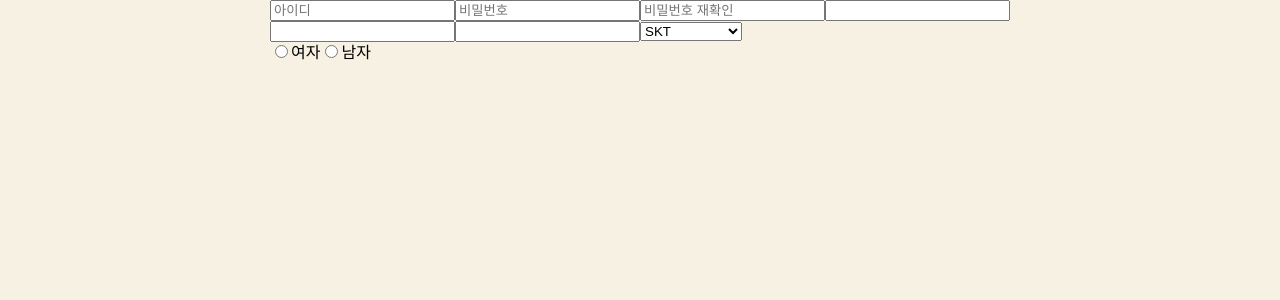
Repository: LeeYuNa0402/pokemon_vite
Page: /CreateAccount
These files come from the project's save history. The page is drawn as it stood at one moment and after the next save; the edit follows.
The browser window is 1280 px wide. The pictures show the whole page.
The project was rebuilt for these pictures with package versions that can differ from the ones it lists, and the page was loaded fresh each time. Also part of the build but not shown: vite.config.ts, src/CombineMenu.tsx, src/Loading.tsx, src/PokemonList.tsx, src/App.tsx, src/css/pokemon_type.css, src/PokemonDetail.tsx, src/Login.tsx and 1 more.

Above is the page before, as saved 2023-10-17 14:48:03.

### src/main.tsx
// import React from "react";
// import ReactDOM from "react-dom/client";
// import App from "./App.tsx";
// import "./index.css";

// ReactDOM.createRoot(document.getElementById("root")!).render(
//   <>
//     <App />
//   </>
// );

import ReactDOM from "react-dom/client";
import "./index.css";
import App from "./App";
import PokemonDetail from "./PokemonDetail";
import Login from "./Login";
import LoginInfo from "./LoginInfo";

import { createBrowserRouter, RouterProvider } from "react-router-dom";
import CreateAccount from "./CreateAccount";

const router = createBrowserRouter([
  {
    path: "/",
    element: <App />,
  },
  {
    path: ":name",
    element: <PokemonDetail />,
  },
  {
    path: "Login",
    element: <Login />,
  },
  {
    path: "LoginInfo",
    element: <LoginInfo />,
  },
  {
    path: "CreateAccount",
    element: <CreateAccount />,
  },
]);

// const router = createBrowserRouter([
//   {
//     path: "/",
//     element: <Login />,
//   },
//   {
//     path: ":name",
//     element: <PokemonDetail />,
//   },
//   {
//     path: "App",
//     element: <App />,
//   },
//   {
//     path: "LoginInfo",
//     element: <LoginInfo />,
//   },
// ]);

const root = ReactDOM.createRoot(
  document.getElementById("root") as HTMLElement
);
root.render(<RouterProvider router={router} />);

### src/CreateAccount.tsx
const CreateAccount = () => {
  return (
    <div className="CreateAccount">
      <form>
        <input type="text" placeholder="아이디" />
        <input type="password" placeholder="비밀번호" />
        <input type="password" placeholder="비밀번호 재확인" />
        <input type="text" />
      </form>

      <form>
        <input type="text" />
        <input type="생년월일 8자리" />
        <select>
          <option>SKT</option>
          <option>KT</option>
          <option>LG U+</option>
          <option>SKT 알뜰폰</option>
          <option>KT 알뜰폰</option>
          <option>LG U+ 알뜰폰</option>
        </select>
      </form>

      <form>
        <label>
          <input type="radio" value="woman" name="gender" />
          여자
        </label>
        <label>
          <input type="radio" value="man" name="gender" />
          남자
        </label>
      </form>
    </div>
  );
};

export default CreateAccount;

### src/css/reset.css
html,
body,
div,
span,
applet,
object,
iframe,
h1,
h2,
h3,
h4,
h5,
h6,
p,
blockquote,
pre,
a,
abbr,
acronym,
address,
big,
cite,
code,
del,
dfn,
em,
img,
ins,
kbd,
q,
s,
samp,
small,
strike,
strong,
sub,
sup,
tt,
var,
b,
u,
i,
center,
dl,
dt,
dd,
ol,
ul,
li,
fieldset,
form,
label,
legend,
table,
caption,
tbody,
tfoot,
thead,
tr,
th,
td,
article,
aside,
canvas,
details,
embed,
figure,
figcaption,
footer,
header,
hgroup,
menu,
nav,
output,
ruby,
section,
summary,
time,
mark,
audio,
video {
  color: #000;
  margin: 0;
  padding: 0;
  border: 0;
  font-size: 100%;
  font: inherit;
  vertical-align: baseline;
  /* color: #000; */
}
/* HTML5 display-role reset for older browsers */
article,
aside,
details,
figcaption,
figure,
footer,
header,
hgroup,
menu,
nav,
section {
  display: block;
}
body {
  line-height: 1;
}
ol,
ul {
  list-style: none;
}
blockquote,
q {
  quotes: none;
}
blockquote:before,
blockquote:after,
q:before,
q:after {
  content: "";
  content: none;
}
table {
  border-collapse: collapse;
  border-spacing: 0;
}

### src/css/style.css
#root {
  display: flex;
  justify-content: center;
  align-items: flex-start;
  /* height: 100vh; */
  /* background-color: rgba(26, 82, 142, 1);
    background-image: linear-gradient(to top, #304667, #041f4c);
    background: linear-gradient(to top, #304667, rgba(66, 16, 100, 0.6)),
      url(../image/cloude.png) no-repeat right 0; */
  background-color: #f6f1e3;
  /* padding: 8rem 0 8rem; */
  min-height: 100vh;
  width: 100%;
}

.pokemon-detail {
  text-align: center;
  width: 41%;
  background-color: #fcfcfc;
  border-radius: 20px;
  padding: 4rem 0;
  --tw-shadow: 0 4px 6px -1px rgb(0 0 0 / 0.1), 0 2px 4px -2px rgb(0 0 0 / 0.1);
  --tw-shadow-colored: 0 4px 6px -1px var(--tw-shadow-color),
    0 2px 4px -2px var(--tw-shadow-color);
  box-shadow: var(--tw-ring-offset-shadow, 0 0 #0000),
    var(--tw-ring-shadow, 0 0 #0000), var(--tw-shadow);
}

.pokemon-detail .name {
  font-size: 2rem;
  font-weight: bold;
  color: #746b4a;
}

.pokemon-detail .detail-img {
  width: 20%;
  border: 1px solid #8d7e49;
  margin: 1rem 0;
  --tw-shadow: 0 4px 6px -1px rgb(0 0 0 / 0.1), 0 2px 4px -2px rgb(0 0 0 / 0.1);
  --tw-shadow-colored: 0 4px 6px -1px var(--tw-shadow-color),
    0 2px 4px -2px var(--tw-shadow-color);
  box-shadow: var(--tw-ring-offset-shadow, 0 0 #0000),
    var(--tw-ring-shadow, 0 0 #0000), var(--tw-shadow);
  border-radius: 2%;
}

.pokemon-detail .characteristic {
  color: #282828;
}

.pokemon-detail .go-back-btn {
  position: absolute;
  top: 31%;
  left: 68.4%;
  transform: translate(-50%);
  background-color: #484848;
  /* width: 35px; */
  /* height: 35px; */
  border: none;
  border: 1px solid #484848;
  cursor: pointer;
  border-radius: 5px;
  transition: 0.3s;
  color: #fff;
  padding: 0.4rem 0.8rem;
}

.pokemon-detail .go-back-btn:hover {
  background-color: #fff;
  color: #000;
}

.pokemon-list {
  /* max-width: 1400px; */
  width: 100%;
  width: 1400px;
  margin-top: 11%;
}

.pokemon-list h1 {
  /* color: #ffc400;
    list-style: none;
    padding-left: 0px;
    text-align: center;
    margin-top: 0;
    font-size: 3rem;
    font-weight: bold; */
  /* padding-top: 5rem; */
}

.pokemon-list .order {
  font-size: 0.9rem;
  color: #b0a48b;
  position: absolute;
  top: 5%;
  left: 5%;
}

.pokemon-list .name {
  color: #746b4a;
}
.main-tit {
  text-align: center;
  color: #4c411a;
  font-size: 3rem;
  font-weight: bold;
}

.pokemon-cont {
  display: flex;
  justify-content: flex-start;
  align-items: center;
  flex-wrap: wrap;
  list-style: none;
  padding-left: 0px;
  margin-top: 3rem;
  padding-bottom: 9rem;
}

.pokemon-cont li {
  position: relative;
  background-color: #fcfcfc;
  width: 24%;
  padding: 2rem 1rem;
  margin-bottom: 1rem;
  margin-right: 1%;
  text-align: center;
  cursor: pointer;
  transition: 0.3s;
  color: #6e623c;
  font-weight: bold;
  font-size: 1.1rem;
  --tw-shadow: 0 4px 6px -1px rgb(0 0 0 / 0.1), 0 2px 4px -2px rgb(0 0 0 / 0.1);
  --tw-shadow-colored: 0 4px 6px -1px var(--tw-shadow-color),
    0 2px 4px -2px var(--tw-shadow-color);
  box-shadow: var(--tw-ring-offset-shadow, 0 0 #0000),
    var(--tw-ring-shadow, 0 0 #0000), var(--tw-shadow);
  border-radius: 18px;
  box-sizing: border-box;
}

.pokemon-cont li:hover {
  transform: scale(1.05);
}

.pokemon-cont li:nth-child(4n) {
  margin-right: 0;
}

.pokemon-detail {
  text-align: center;
  margin: 29vh 0;
}
.pokemon-name {
  font-size: 2rem;
  font-weight: bold;
  color: #ffc400;
}

.main-cha {
  border: 1px solid gray;
  padding: 3rem;
  margin: 1rem 0;
  transition: 0.2s;
  --tw-shadow: 0 4px 6px -1px rgb(0 0 0 / 0.1), 0 2px 4px -2px rgb(0 0 0 / 0.1);
  --tw-shadow-colored: 0 4px 6px -1px var(--tw-shadow-color),
    0 2px 4px -2px var(--tw-shadow-color);
  box-shadow: var(--tw-ring-offset-shadow, 0 0 #0000),
    var(--tw-ring-shadow, 0 0 #0000), var(--tw-shadow);
}

.main-cha:hover {
}

.s-cha {
  border: 1px solid #e8e8e8;
  padding: 1rem;
  margin-right: 1%;
  background-color: #fafafa;
  transition: 0.2s;
  margin-top: 3rem;
}
.s-cha:last-child {
  margin-right: 0;
  margin-top: 1%;
}
.s-cha:hover {
  --tw-shadow: 0 4px 6px -1px rgb(0 0 0 / 0.1), 0 2px 4px -2px rgb(0 0 0 / 0.1);
  --tw-shadow-colored: 0 4px 6px -1px var(--tw-shadow-color),
    0 2px 4px -2px var(--tw-shadow-color);
  box-shadow: var(--tw-ring-offset-shadow, 0 0 #0000),
    var(--tw-ring-shadow, 0 0 #0000), var(--tw-shadow);
}

.abilities {
  display: flex;
  justify-content: center;
  align-items: center;
}
.abilities > div {
  margin-right: 5px;
}

/* ***********************login 페이지************************* */
.Login {
  /* background-color: #f5f5f9;
    width: 100%;
    height: 100vh;
    padding-top: 23vh; */
  padding: 12rem 0;
}
.login-cont {
  background-color: #fcfcfc;
  width: 20%;
  margin: 0 auto;
  padding: 1rem;
  /* text-align: center; */
  padding: 3.5rem 3rem 5rem;
  --tw-shadow: 0 4px 6px -1px rgb(0 0 0 / 0.1), 0 2px 4px -2px rgb(0 0 0 / 0.1);
  --tw-shadow-colored: 0 4px 6px -1px var(--tw-shadow-color),
    0 2px 4px -2px var(--tw-shadow-color);
  box-shadow: var(--tw-ring-offset-shadow, 0 0 #0000),
    var(--tw-ring-shadow, 0 0 #0000), var(--tw-shadow);
  border-radius: 10px;
  color: #373737;
}

.forgot-pass {
  position: absolute;
  right: 0;
  top: 0;
  color: #696cff;
  font-size: 0.8rem;
}

.password-wrap {
  position: relative;
}
.fontawesome-eye {
  position: absolute;
  right: 2%;
  padding: 5px;
  /* border: 1px solid red; */
  top: 37%;
  cursor: pointer;
}
.Login .pokemon-logo {
  width: 43%;
  display: block;
  margin: 0 auto 2rem;
}

.Login h2 {
  font-size: 1.2rem;
  margin-bottom: 0.2rem;
}

.Login p {
  font-size: 1rem;
}
.Login form {
  margin: 2rem 0 1.3rem;
}
.Login form input {
  width: 100%;
  padding: 0.6rem 0.2rem;
  margin-top: 7px;
  border-radius: 7px;
  outline: 0;
  border: 1px solid #c7cdd4;
  border-radius: 0.375rem;
  box-sizing: border-box;
  background-color: rgb(216 216 216 / 30%);
  color: #656565;
}

.Login form input:focus {
  outline: none;
  border-color: #696cff !important;
}

.Login form label {
  display: block;
  text-align: left;
  font-weight: bold;
  color: #4f4d4d;
  cursor: pointer;
}

.Login .sign-in {
  display: block;
  margin: 0 auto;
  background: linear-gradient(to bottom, rgb(57 42 88) 0%, rgb(68 79 116) 100%);
  color: white;
  padding: 10px 30px;
  border: 1px solid rgba(0, 0, 0, 0.21);
  border-bottom: 4px solid rgb(39 49 83);
  border-radius: 4px;
  text-shadow: 0 1px 0 rgba(0, 0, 0, 0.15);
  transition: 0.3s;
  width: 100%;
  cursor: pointer;
}

.Login .sign-in:hover {
  transform: translateY(5px);
  background: linear-gradient(to bottom, rgb(48 34 76) 0%, rgb(60 72 112) 100%);
}

.Login .check-remember input {
  width: auto;
}

.Login label {
  font-size: 0.9rem;
}

.Login input {
  margin-bottom: 15px;
}
.Login input[type="password"] {
  /* margin-bottom: 8px; */
}

.Login input[type="checkbox"] {
  margin-right: 5px;
}

button[disabled] {
  background: linear-gradient(
    to bottom,
    rgb(196 200 203) 0%,
    rgb(154 154 154) 100%
  ) !important;
  cursor: default !important;
  border-bottom: 4px solid rgb(142 145 146) !important;
}
button[disabled]:hover {
  transform: translateY(0) !important;
}
.create-account-wrap {
  text-align: center;
  margin-top: 1rem;
}
.create-account {
  color: #696cff;
}

/* ***********************LoginInfo 페이지************************* */
.logininfo {
  text-align: center;
  background-color: #ededed;
  padding: 5rem;
  border-radius: 15px;

  width: 19%;
}

.logininfo .member {
  font-size: 1.8rem;
  font-weight: bold;
  margin-bottom: 6rem;
}

.logininfo button {
  margin: 0 auto;
  color: white;
  border: 1px solid rgba(0, 0, 0, 0.21);
  border-radius: 4px;
  text-shadow: 0 1px 0 rgba(0, 0, 0, 0.15);
  transition: 0.3s;
  width: 49%;
  cursor: pointer;
  height: 45px;
  line-height: 44px;

  background: linear-gradient(to bottom, rgb(57 42 88) 0%, rgb(68 79 116) 100%);
  border: 1px solid rgba(0, 0, 0, 0.21);
  border-bottom: 4px solid rgb(39 49 83);
}

.logininfo button:first-child {
  margin-right: 1%;
}

/* .combine-menu */
.combine-menu {
  width: 100%;
  position: fixed;
  top: 0;
  height: 60px;
}

.combine-menu .login {
}

.combine-menu .profile {
  color: #fff;
  position: absolute;
  right: 2%;
  top: 50%;
  transform: translateY(-50%);
  display: flex;
  justify-content: space-around;
  align-items: center;
  width: 10%;
}
.combine-menu .profile .profile-name {
  text-shadow: 0 0 4px #fff;
  animation: flicker 3s infinite alternate;
  display: flex;
  justify-content: center;
  align-items: center;
  color: #fff;
}

.combine-menu .profile .name img {
  vertical-align: sub;
  margin-right: 5px;
}

@keyframes flicker {
  /* 0%,
    18%,
    22%,
    25%,
    53%,
    57%,
    100% {
      text-shadow: 0 0 4px #fff, 0 0 11px #fff, 0 0 20px rgb(241, 255, 43);
    }
    20%,
    24%,
    55% {
      text-shadow: none;
    } */
  50% {
    /* opacity: 0; */
    text-shadow: none;
  }
}

.combine-menu {
  width: 100%;
  background-color: #282828;
  position: fixed;
  left: 0;
  top: 0;
  display: flex;
  justify-content: center;
  align-items: center;
  color: #fff;
  z-index: 2;
}

.combine-menu .login {
  cursor: pointer;
  color: #fff;
  transition: 0.2s;
}

.combine-menu .login:hover {
  color: #f6c50b;
}

.combine-menu .logo {
  width: 4%;
}

.appear {
  display: block;
}

.disappear {
  display: none;
}

/* loading */
.loading {
  font-size: 4rem;
  color: #000;
  font-weight: bold;
  text-align: center;
}

.pokemon-search {
  text-align: center;
  margin-top: 3rem;
}

.pokemon-search label {
  margin-left: 1rem;
  font-weight: bold;
  color: #5e5534;
}

.pokemon-search input {
  width: 220px;
}
.pokemon-search select {
  width: 80px;
}

.pokemon-search input::placeholder {
  padding-left: 8px;
}

.pokemon-search input,
.pokemon-search select {
  margin-left: 7px;
  border-radius: 5px;
  border: 1px solid #8d8d8d;
  height: 35px;
  background-color: #fffbf0;
  color: #000;
}
.pokemon-search input:focus,
.pokemon-search select:focus {
  outline: none;
}

Loaded but not shown: index.html (common file); src/index.css (common file)

After the next save:
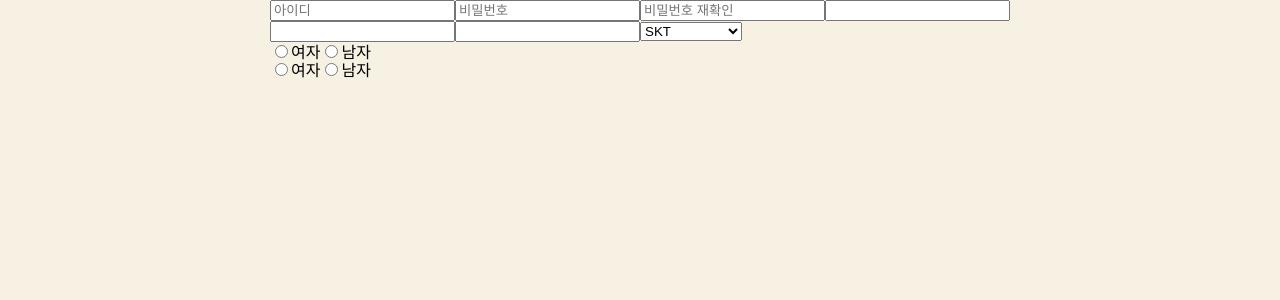
Saved 17 s later.
--- a/src/CreateAccount.tsx
+++ b/src/CreateAccount.tsx
@@ -31,6 +31,17 @@
           남자
         </label>
       </form>
+
+      <form>
+        <label>
+          <input type="radio" value="woman" name="gender" />
+          여자
+        </label>
+        <label>
+          <input type="radio" value="man" name="gender" />
+          남자
+        </label>
+      </form>
     </div>
   );
 };
